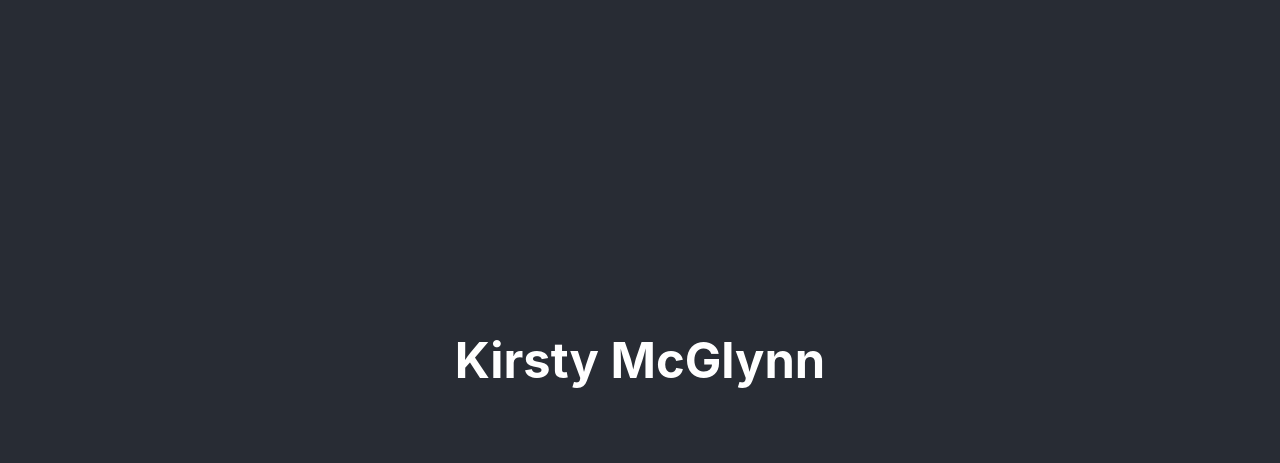
Repository: KLM94/blog
Page: /
These files come from the project's save history. The page is drawn as it stood at one moment and after a run of saves; the edit follows.
The browser window is 1280 px wide. The pictures show the whole page.
The project was rebuilt for these pictures with package versions that can differ from the ones it lists, and the page was loaded fresh each time.

Above is the page before, as saved 2020-11-07 12:20:55.

After the next 3 saves:
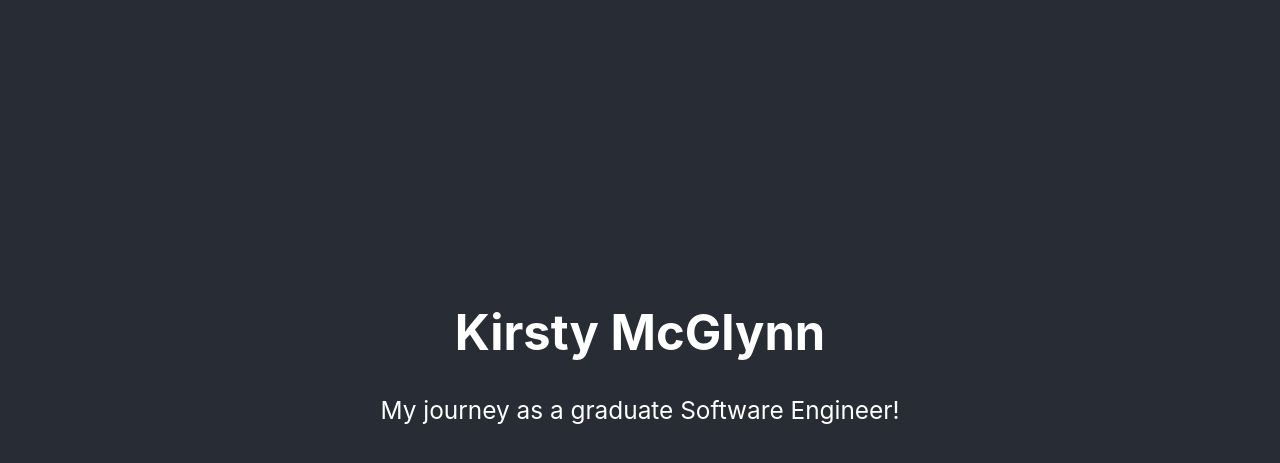
The 3 saves are shown as one change because 2 did not build or start.
The last was saved 2 min 19 s later.
--- a/src/Components/Blog.jsx
+++ b/src/Components/Blog.jsx
@@ -1,3 +1,8 @@
 export default function Blog() {
-  return <h1>Kirsty McGlynn</h1>;
+  return (
+    <div>
+      <h1>Kirsty McGlynn</h1>
+      <p>My journey as a graduate Software Engineer!</p>
+    </div>
+  );
 }
